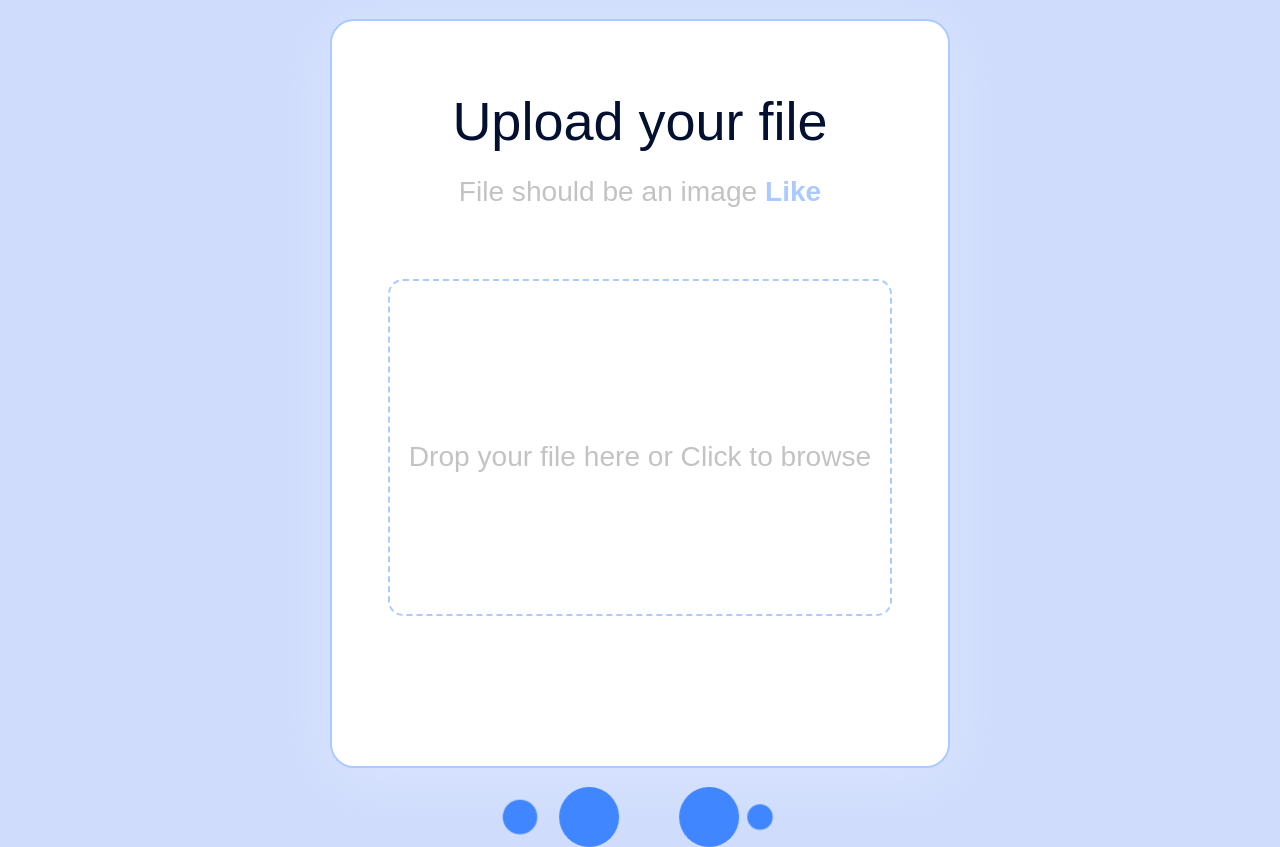
Repository: ThuongDuy/Phan_loai_anh
Page: hcsdlpt/index.html
These files come from the project's save history. The page is drawn as it stood at one moment and after the next save; the edit follows.
The browser window is 1280 px wide. The pictures show the whole page.

Above is the page before, as saved 2023-06-01 17:21:07.

After the next save:
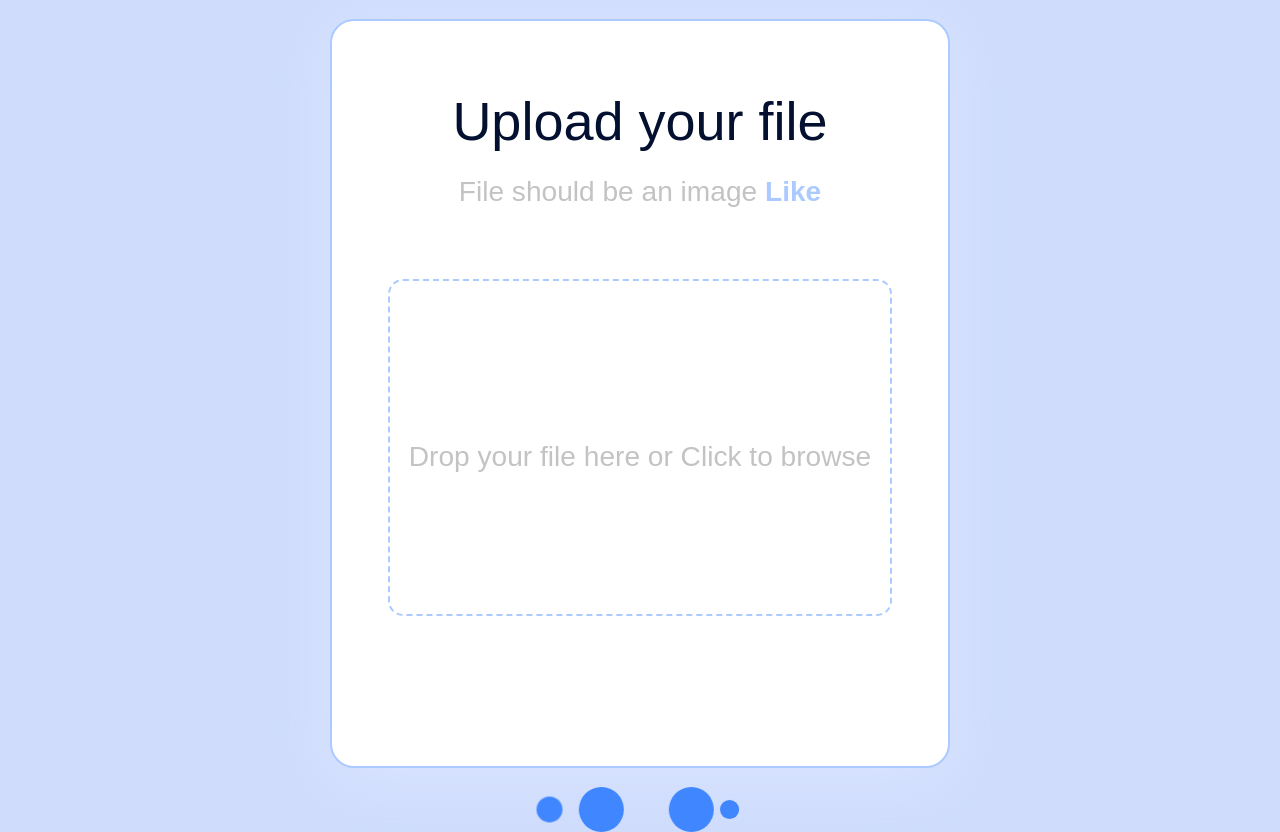
Saved 23 s later.
--- a/hcsdlpt/main.css
+++ b/hcsdlpt/main.css
@@ -585,7 +585,7 @@ body {
 
 
 :root {
-    --loading-spinner-size: 2rem;
+    --loading-spinner-size: 1.5rem;
     --loading-spinner-gap: 1;
     /* [1] */
     --loading-spinner-wrapper: calc(var(--loading-spinner-size) * 3 + var(--loading-spinner-gap) * var(--loading-spinner-size) * 2);
